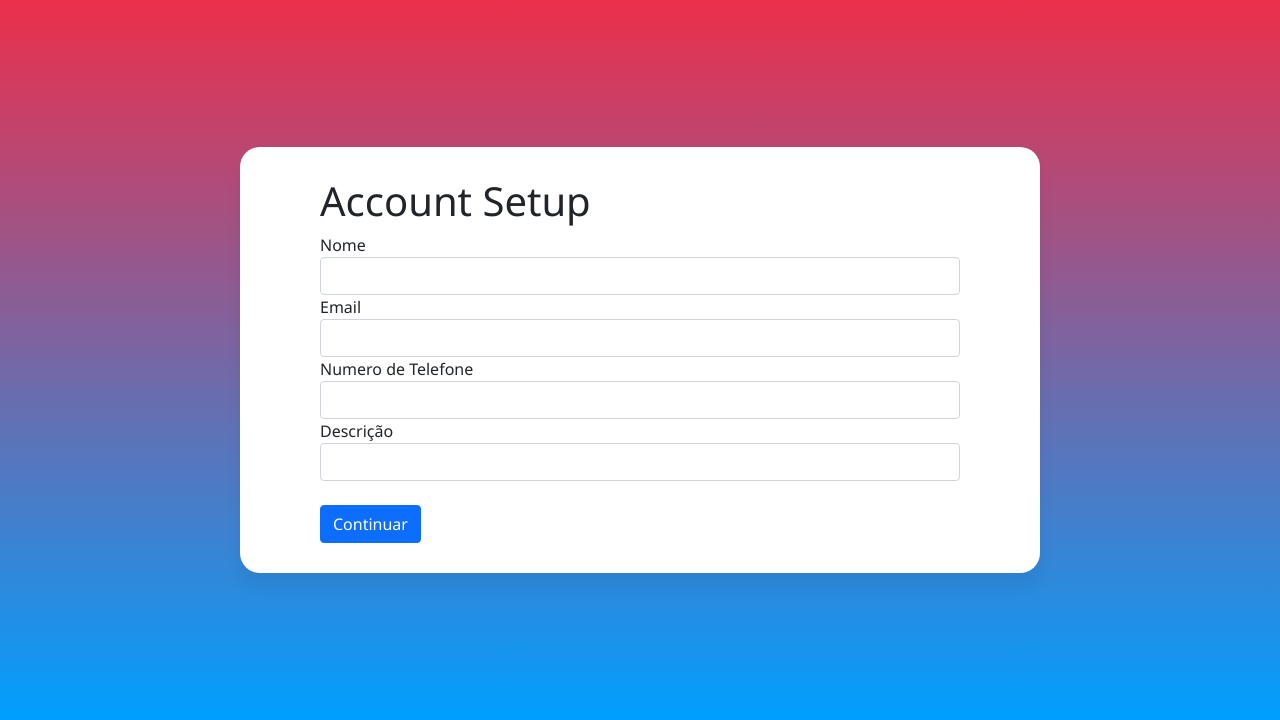
Repository: DeanLemosXD/ReactJS-3steps-form
Page: /
These files come from the project's save history. The page is drawn as it stood at one moment and after the next save; the edit follows.
The browser window is 1280 px wide. The pictures show the whole page.
The project was rebuilt for these pictures with package versions that can differ from the ones it lists, and the page was loaded fresh each time. Imported but missing from the stored project, and not drawn on this page: src/components/Confirm, src/components/OtherData.

Above is the page before, as saved 2021-10-26 17:04:58.

### src/App.js
import React from 'react';
import './App.css';
import Form from './components/Form.js';

function App() {
  return (
    <div className="App">
      <div className="container">
     <Form />
      </div>

    </div>
  );
}

export default App;

### src/App.css
.App {
  display: flex;
  justify-content: center;
  align-items: center;
  flex-direction: column;
  height: 100vh;
  background: #009FFF;  /* fallback for old browsers */
  background: -webkit-linear-gradient(to bottom, #ec2F4B, #009FFF);  /* Chrome 10-25, Safari 5.1-6 */
  background: linear-gradient(to bottom, #ec2F4B, #009FFF); /* W3C, IE 10+/ Edge, Firefox 16+, Chrome 26+, Opera 12+, Safari 7+ */





}

.form-container {
  font-family:'Segoe UI', Tahoma, Geneva, Verdana, sans-serif;
  background: #fff;
  border-radius: 20px;
  padding: 30px 80px;
  max-width: 800px;
  margin: 0 auto;
  box-shadow: 0 15px 16px .17px rgba(0,0,0,0.05);
}

### src/components/Form.js
import React, { Component } from 'react'
import AccountSetup from './AccountSetup';
import OtherData from './OtherData';
import Confirm from './Confirm';

export class form extends Component {
    state = {
        step: 1,
        name: '',
        email: '',
        phone: '',
        description: '',
        workplace: '',
        DOC: '',
        linkedin: '',

    };

    nextStep = () => {
        const { step } = this.state;
        this.setState({step: step + 1});
    };

    prevStep = () => {
        const { step } = this.state;
        this.setState({step: step - 1});
    }

    inputChange = input => e => {
        this.setState({
            [input]: e.target.value
        })
    };

    render() {
        const { step } = this.state;
        const { name, email, phone, description, workplace, DOC, linkedin } = this.state;
        const values = { name, email, phone, description, workplace, DOC, linkedin };

        // eslint-disable-next-line default-case
        switch(step) {
            case 1:
                return (
                    <AccountSetup
                    nextStep={this.nextStep}
                    inputChange={this.inputChange}
                    values={values}
                    />
                );
                case 2:
                    return (
                        <OtherData
                        nextStep={this.nextStep}
                        prevStep={this.prevStep}
                        inputChange={this.inputChange}
                        values={values}
                         />
                    );
                    case 3:
                        return (
                            <Confirm
                            nextStep={this.nextStep}
                            prevStep={this.prevStep}
                            inputChange={this.inputChange}
                            values={values}
                            />
                        );
        }
    }
}

export default form

### src/components/AccountSetup.js
import React, { Component } from 'react'

export class AccountSetup extends Component {
    continue = e => {
        e.preventDefault();
        this.props.nextStep();
    }
    render() {
        const { values, inputChange } = this.props;

        return (
            <div className="form-container">
                <h1>Account Setup</h1>
                <div className="form-group">
                    <label htmlFor="name">Nome</label>
                    <input type="text" className="form-control" name="name" onChange={inputChange('name')} value={values.name} />
                </div>
                <div className="form-group">
                    <label htmlFor="email">Email</label>
                    <input type="text" className="form-control" name="email" onChange={inputChange('email')} value={values.email} />
                </div>
                <div className="form-group">
                    <label htmlFor="phone">Numero de Telefone</label>
                    <input type="text" className="form-control" name="phone" onChange={inputChange('phone')} value={values.phone} />
                </div>
                <div className="form-group">
                    <label htmlFor="description">Descrição</label>
                    <input type="text" className="form-control" name="description" onChange={inputChange('description')} value={values.description} />
                </div>

                <br />

            <div className="text-right">
                <button className="btn btn-primary" onClick={this.continue}>Continuar</button>
            </div>
            </div>
        )
    }
}

export default AccountSetup

Loaded but not shown: public/index.html (common file); src/index.js (common file); src/index.css (common file); src/reportWebVitals.js (common file)

After the next save:
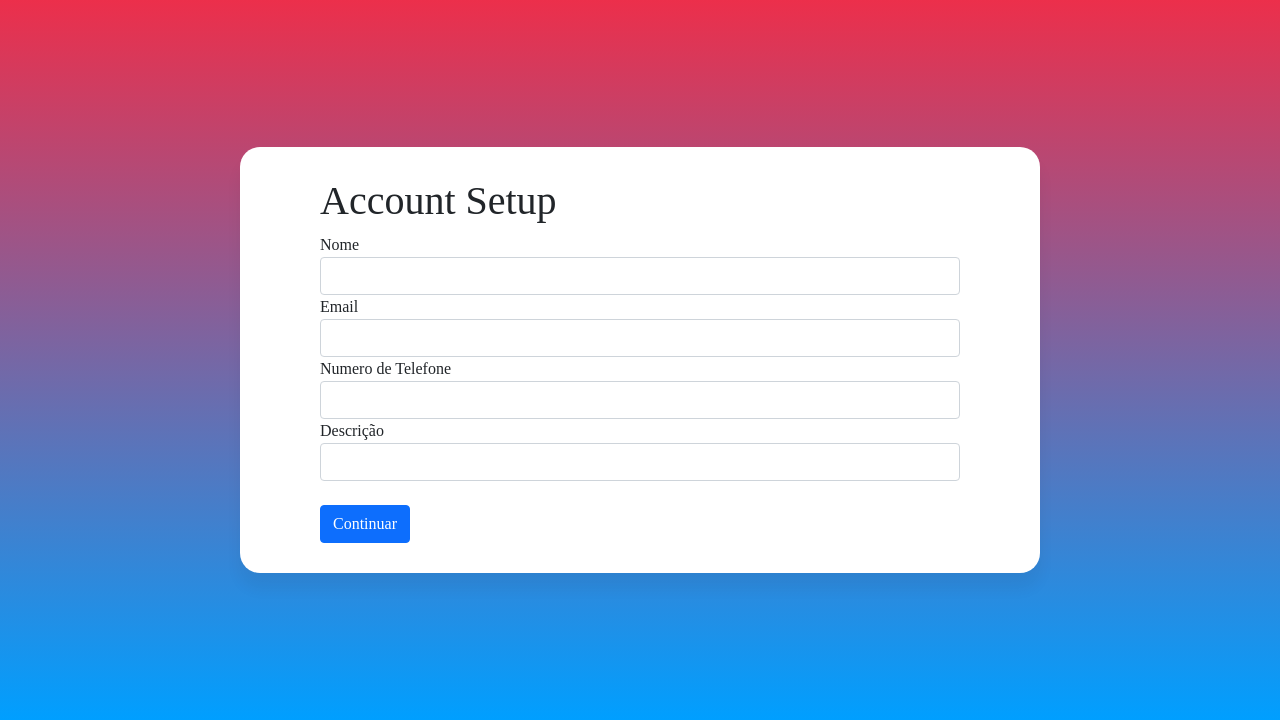
Saved 9 s later.
--- a/src/App.css
+++ b/src/App.css
@@ -15,7 +15,7 @@
 }
 
 .form-container {
-  font-family:'Segoe UI', Tahoma, Geneva, Verdana, sans-serif;
+  font-family:'Times New Roman', Times, serif;
   background: #fff;
   border-radius: 20px;
   padding: 30px 80px;
